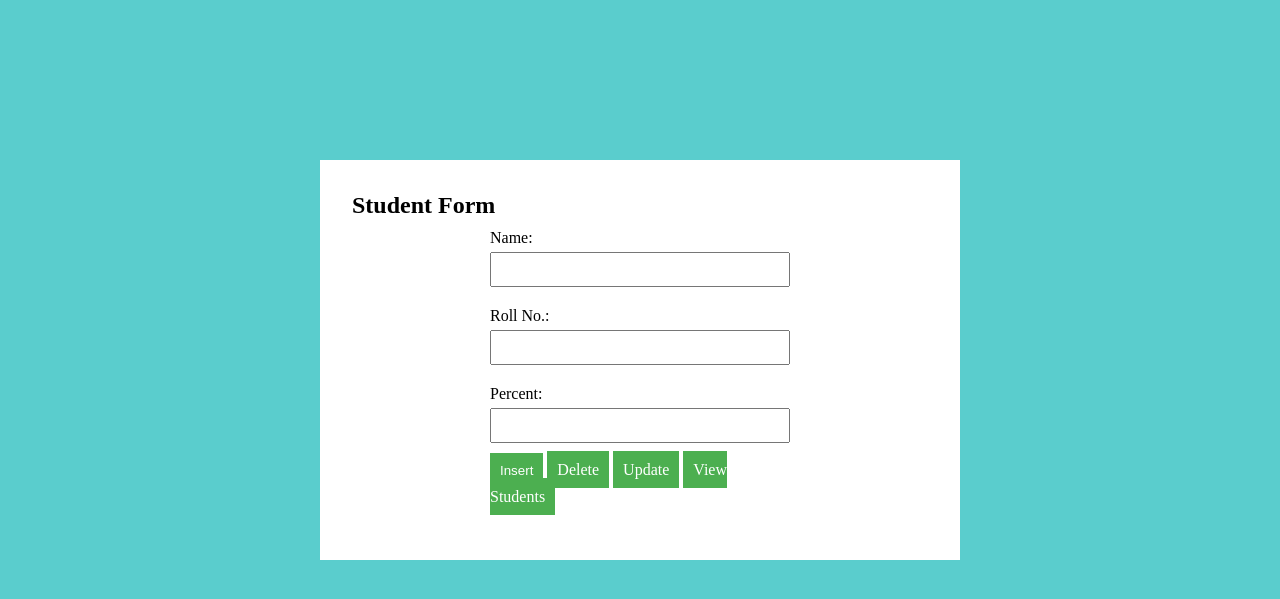
Repository: deeptimahisare1206/Todo_List
Page: http://localhost/Hib_Nest/
The author's editor kept a copy of each file at every save. The page is drawn from the files as they stood at one save, then again after the next save.
The browser window is 1280 px wide. The pictures show the whole page.
The page is served by Tomcat 10.

Above is the page before, as saved 2024-11-11 11:57:19.

After the next save:
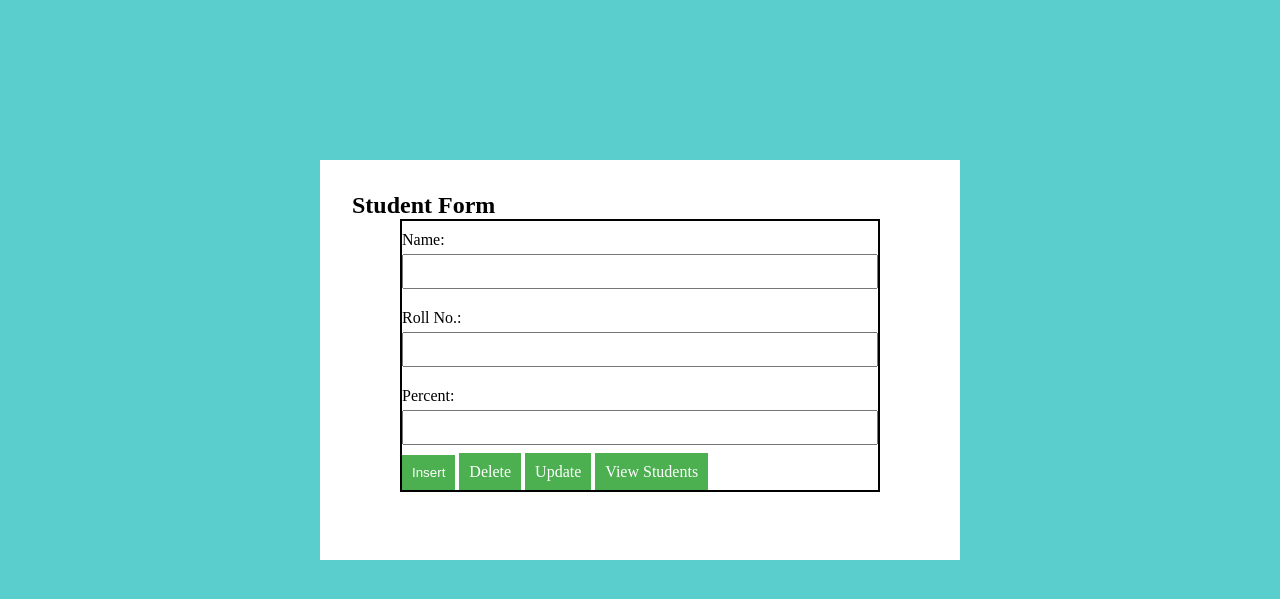
Saved 49 s later.
--- a/Hib_Nest/src/main/webapp/index.jsp
+++ b/Hib_Nest/src/main/webapp/index.jsp
@@ -25,7 +25,8 @@ padding:2rem;
 }
 
 form {
-    width: 300px;
+    width: 30rem;
+    border:2px solid black;
     margin: 0 auto;
 }
 
